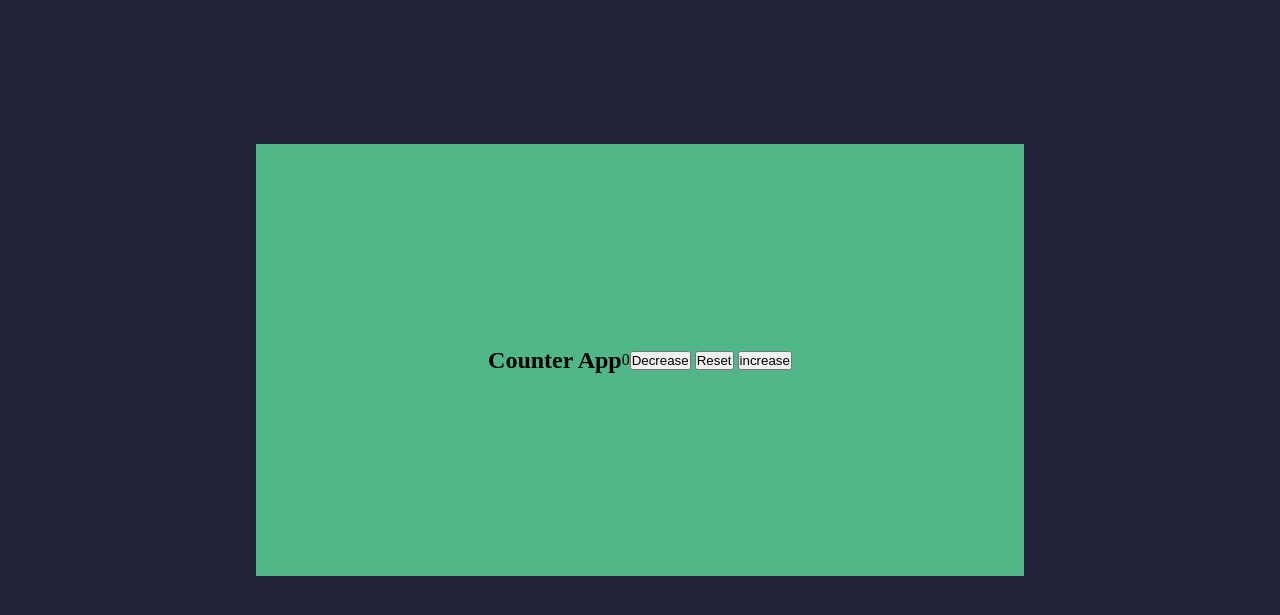
Repository: Yuukicoder/basicProject
Page: project2.html
These files come from the project's save history. The page is drawn as it stood at one moment and after the next save; the edit follows.
The browser window is 1280 px wide. The pictures show the whole page.

Above is the page before, as saved 2023-02-24 16:57:35.

### project2.html
<!DOCTYPE html>
<html lang="en">
  <head>
    <meta charset="UTF-8" />
    <meta http-equiv="X-UA-Compatible" content="IE=edge" />
    <meta name="viewport" content="width=device-width, initial-scale=1.0" />
    <title>Counter App</title>
    <link
      rel="shortcut icon"
      href="https://cdn-icons-png.flaticon.com/512/6134/6134688.png"
      type="image/x-icon"
    />
    <link rel="stylesheet" href="assets/css/project2.css" />
  </head>
  <body>
    <section class="box">
      <h1>Counter App</h1>
      <p class="counter-preview">0</p>
      <div class="buttons" id="allBtns">
        <button class="decrement" id="decrement">Decrease</button>
        <button class="reset" id="reset">Reset</button>
        <button class="increment" id="increment">increase</button>
      </div>
    </section>
    <script src="assets/js/project2.js"></script>
  </body>
</html>

### assets/css/project2.css
* {
  margin: 0;
  padding: 0;
  box-sizing: border-box;
  /* border: 1px solid black; */
}
body {
  background-color: #22223b;
  height: 100vh;
  width: 100vw;
  display: flex;
  align-items: center;
  justify-content: center;
}
.box {
  width: 60%;
  height: 60%;
  background-color: #52b788;
  display: flex;
  align-items: center;
  justify-content: center;
  border-radius: 50;
}

### assets/js/project2.js
const display = document.querySelector('.counter-preview');
const allBtns = document.querySelector('#allBtns');
allBtns.addEventListener('click',counter);
var value = 0;
function counter(x) {
    const btn = x.target.id;
    if(btn === 'increment'){
        value += 1;
    }
    else if(btn === 'decrement'){
        value -= 1;
    }
    else value = 0;
    display.textContent = value;
}

After the next save:
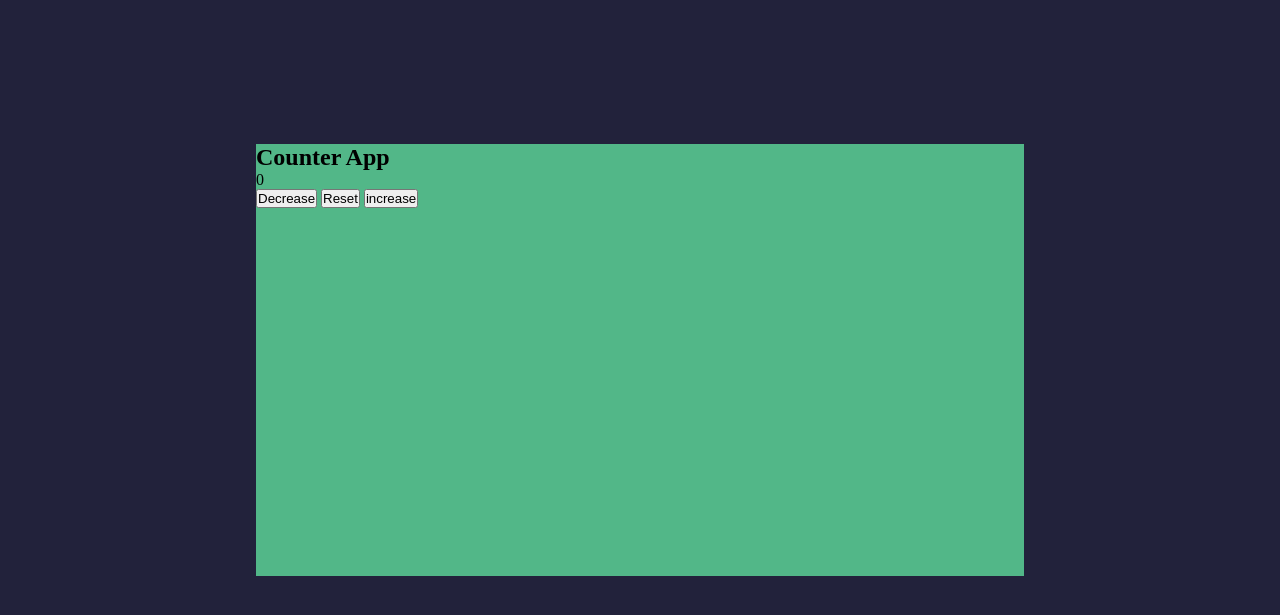
Saved 11 s later.
--- a/assets/css/project2.css
+++ b/assets/css/project2.css
@@ -16,8 +16,8 @@ body {
   width: 60%;
   height: 60%;
   background-color: #52b788;
-  display: flex;
+  /* display: flex;
   align-items: center;
-  justify-content: center;
+  justify-content: center; */
   border-radius: 50;
 }
